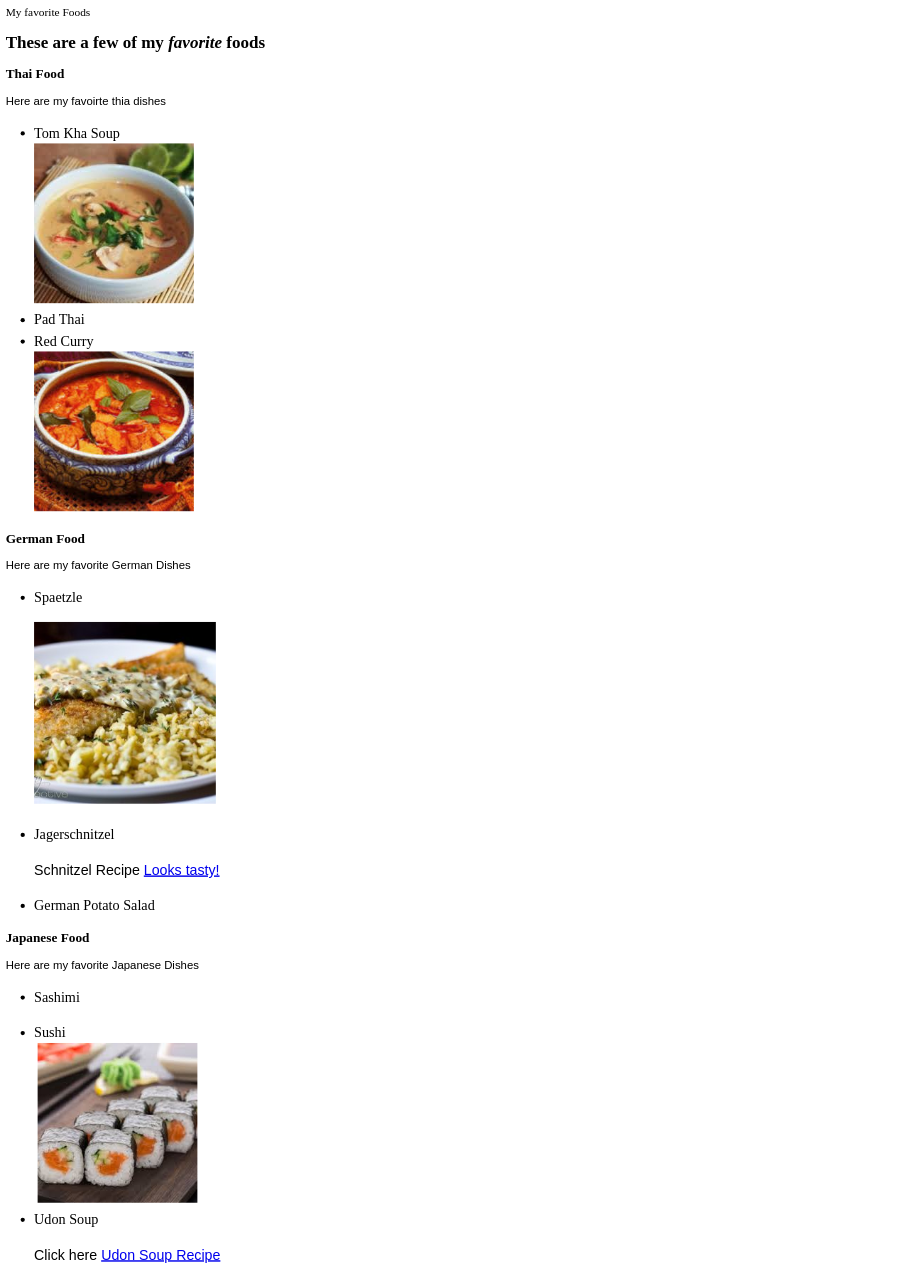
Repository: fieldceleste/my-first-webpage
Page: my-favorite-foods.html
An editor plug-in stored every save of this project. The page is shown before and after the next save, followed by the edit.
The browser window is 1280 px wide. The pictures show the whole page, at 71% of full size.

Above is the page before, as saved 2019-10-24 21:02:22.

After the next save:
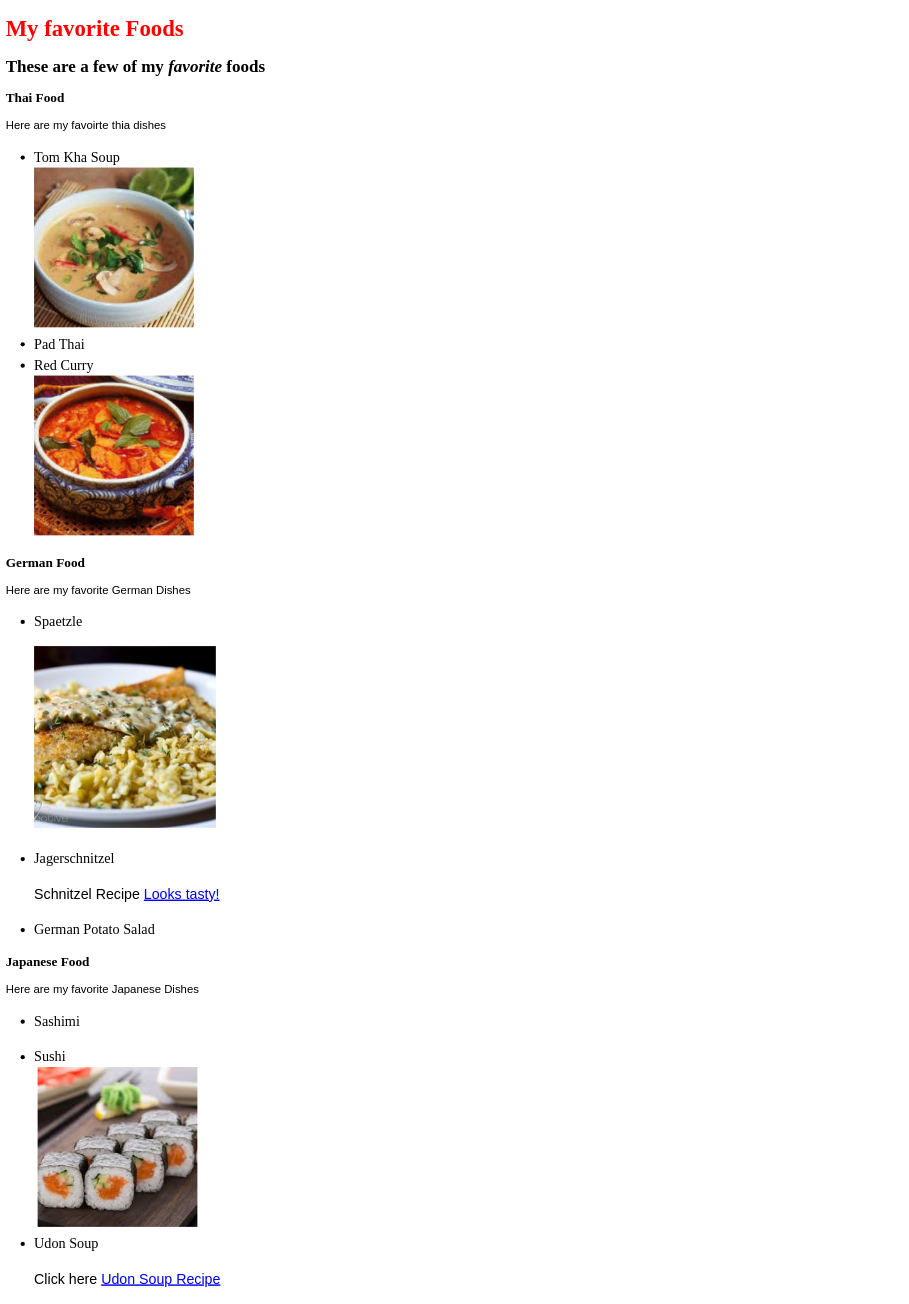
Saved 3 min 40 s later.
--- a/my-favorite-foods.html
+++ b/my-favorite-foods.html
@@ -4,8 +4,7 @@
    <title>Celeste's Favorite Foods</title>
   </head>
      <link href="css/styles.css" rel="stylesheet" type="text/css"
-  <body class="my-favorite-foods.html"
-
+    <body>
     <h1>My favorite Foods</h1>
     <h2>These are a few of my <em>favorite</em> foods</h2>
 
